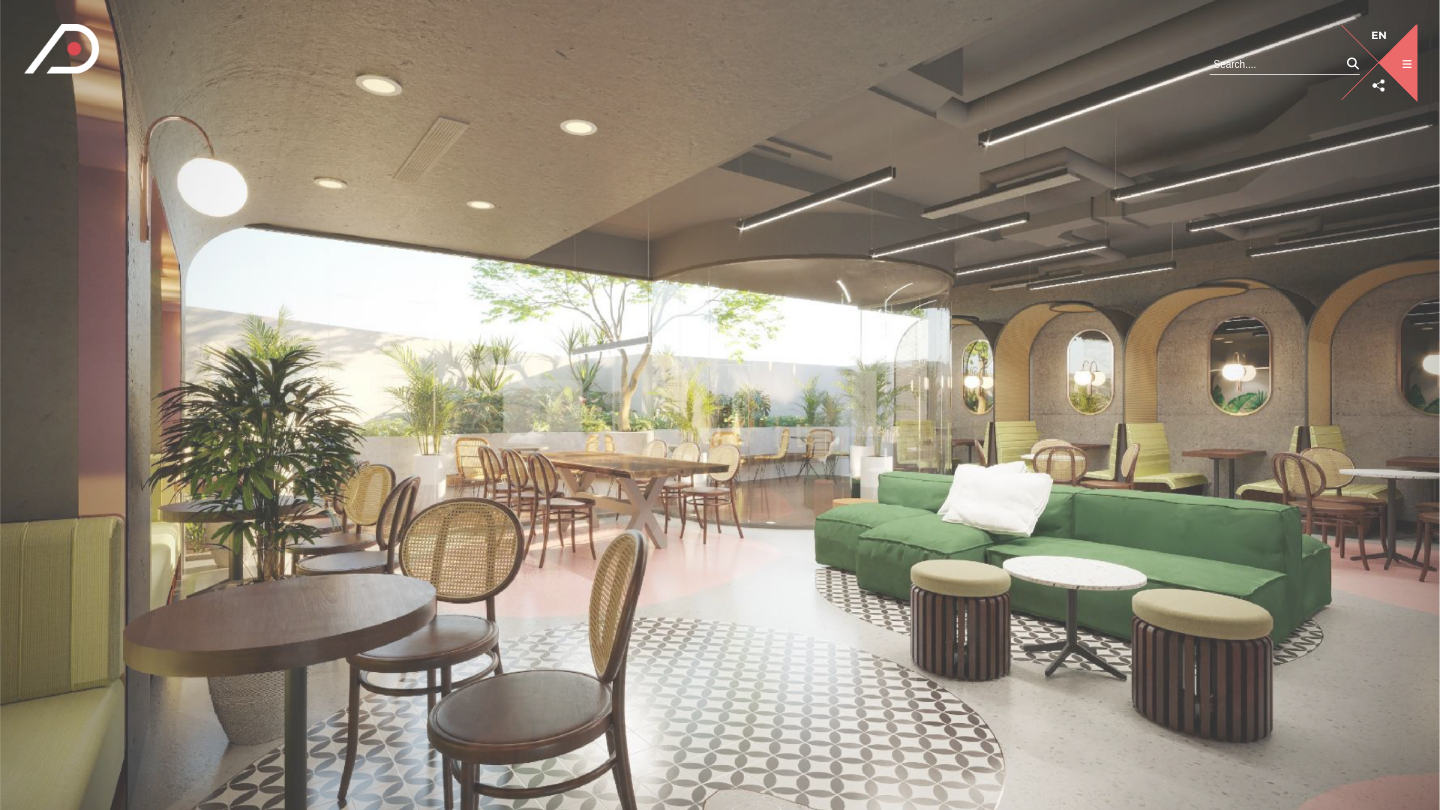
Repository: iphoneboy46/demoMonaFigma
Page: index.html
An editor plug-in stored every save of this project. The page is shown before and after the next save, followed by the edit.
The browser window is 1280 px wide. The page is 1920 px wide, so the pictures cover 1920 px, including what lies to the right of the window. The pictures show the whole page, at 75% of full size.
Some web libraries are served in a nearby version.

Above is the page before, as saved 2023-03-20 12:56:25.

After the next save:
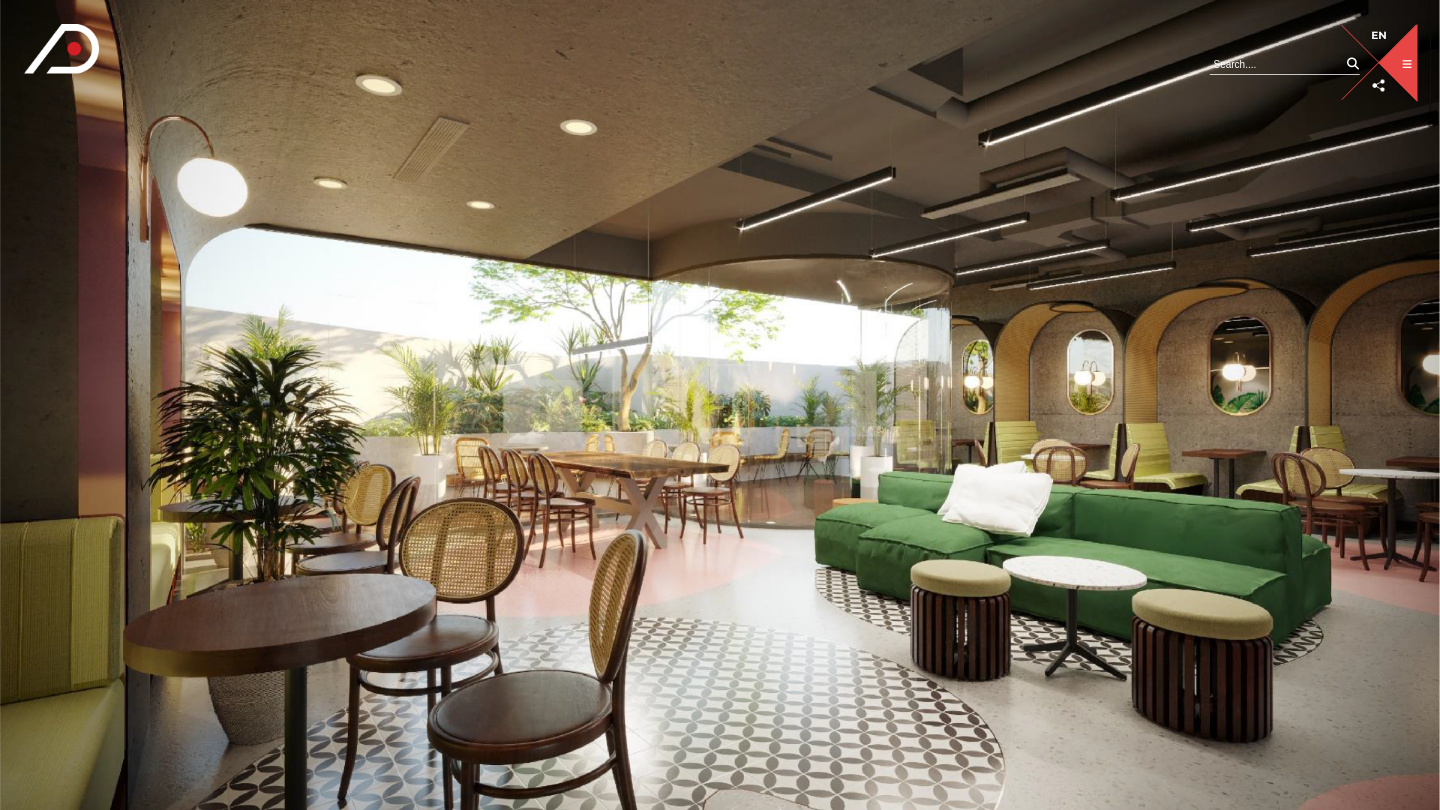
Saved 29 s later.
--- a/style.css
+++ b/style.css
@@ -19,7 +19,7 @@ header {
     background: url(./image/img-pip@2x\ 1.png);
     background-size: 100%;
     background-repeat: no-repeat;
-    opacity: 80%;
+
     z-index: 1;
     font-family: "Montserrat", sans-serif;
 }
